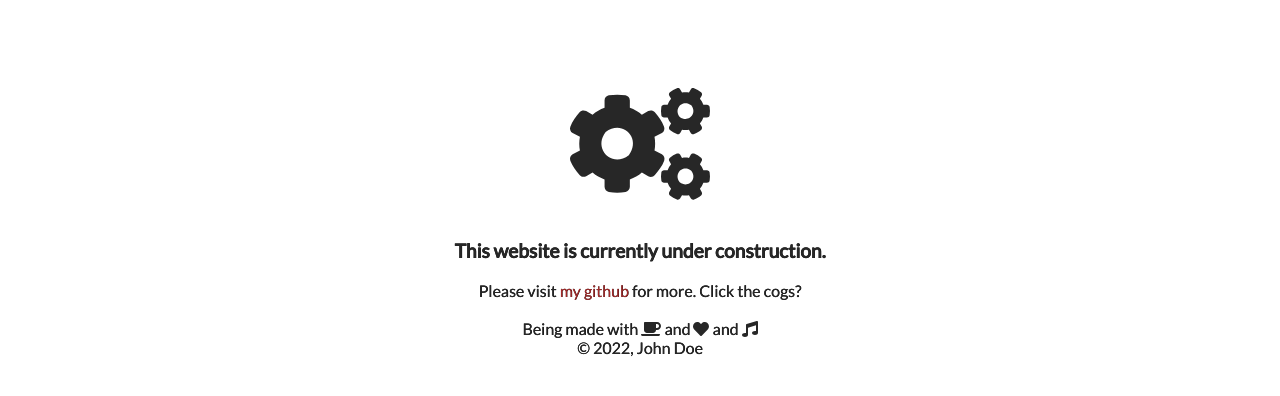
Repository: HadenLeeGit/uee.sc
Page: index.html
An editor plug-in stored every save of this project. The page is shown before and after a run of saves, followed by the edit.
The browser window is 1280 px wide. The pictures show the whole page.
Some web libraries are served in a nearby version.

Above is the page before, as saved 2022-07-24 07:53:24.

### index.html
<!doctype html>
<html lang="en">

<head>
    <meta charset="utf-8" />
    <meta http-equiv="X-UA-Compatible" content="IE=edge,chrome=1" />

    <title>Sorry!</title>

    <meta content='width=device-width, initial-scale=1.0, maximum-scale=1.0, user-scalable=0' name='viewport' />
    <meta name="viewport" content="width=device-width" />
    <script defer src="https://use.fontawesome.com/releases/v5.0.6/js/all.js"></script>


    <!--     Fonts and icons     -->

    <link href="https://fonts.googleapis.com/css?family=Lato" rel="stylesheet">
    <link href="https://maxcdn.bootstrapcdn.com/font-awesome/latest/css/font-awesome.min.css" rel="stylesheet">
    <style type="text/css">
        body {
            font-family: 'Lato', sans-serif;
            padding: 50px 30px 10px 30px;
            text-shadow: #000000 0.2px 0.2px;
        }

        body.light {
            background-color: #ffffff;
            color: #272727;
        }

        body.light a:link {
            color: brown;
            text-decoration: none;
        }

        body.dark {
            background-color: #272727;
            color: #ffffff;
        }

        body.dark a:link {
            color: #ffe700;
            text-decoration: none;
        }

        .cog {
            font-size: 700%;
            padding: 30px 20px 20px 20px;
        }
    </style>
</head>

<body class="light" id="body">

    <center>


        <i class="fas fa-cogs cog" onclick="toggleDark()"></i>
        <p style="font-size: 120%;"><strong>This website is currently under construction.</strong></p>
        Please visit <a href="#" target="blank">my github</a> for more. Click the cogs?
        <br>

        <br>Being made with <i class="fas fa-coffee"></i> and <i class="fas fa-heart"></i> and <i
            class="fas fa-music"></i>
        <br>©
        <script>document.write(new Date().getFullYear())</script>, John Doe

    </center>

</body>

</html>

After the next 3 saves:
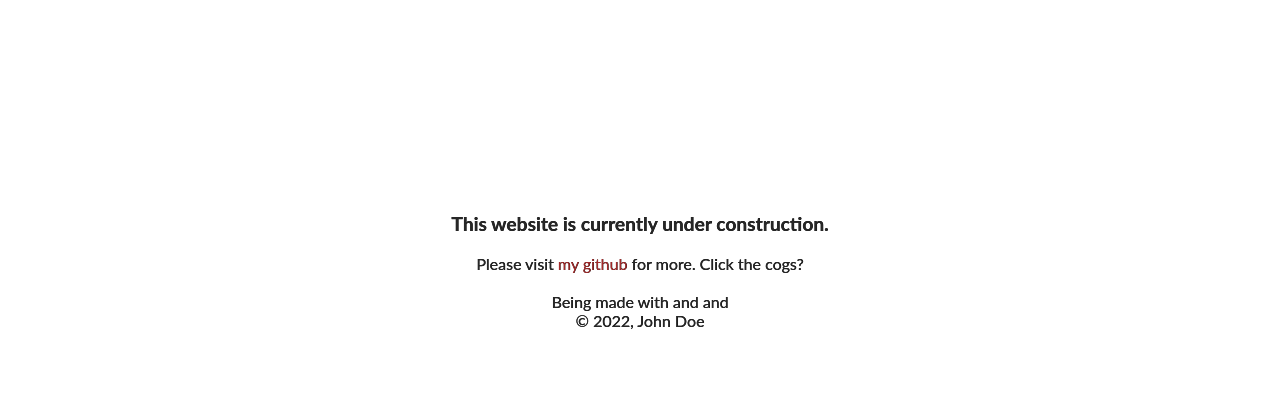
The 3 saves are shown as one change because they came seconds apart.
The last was saved 33 s later.
--- a/index.html
+++ b/index.html
@@ -9,13 +9,6 @@
 
     <meta content='width=device-width, initial-scale=1.0, maximum-scale=1.0, user-scalable=0' name='viewport' />
     <meta name="viewport" content="width=device-width" />
-    <script defer src="https://use.fontawesome.com/releases/v5.0.6/js/all.js"></script>
-
-
-    <!--     Fonts and icons     -->
-
-    <link href="https://fonts.googleapis.com/css?family=Lato" rel="stylesheet">
-    <link href="https://maxcdn.bootstrapcdn.com/font-awesome/latest/css/font-awesome.min.css" rel="stylesheet">
     <style type="text/css">
         body {
             font-family: 'Lato', sans-serif;
